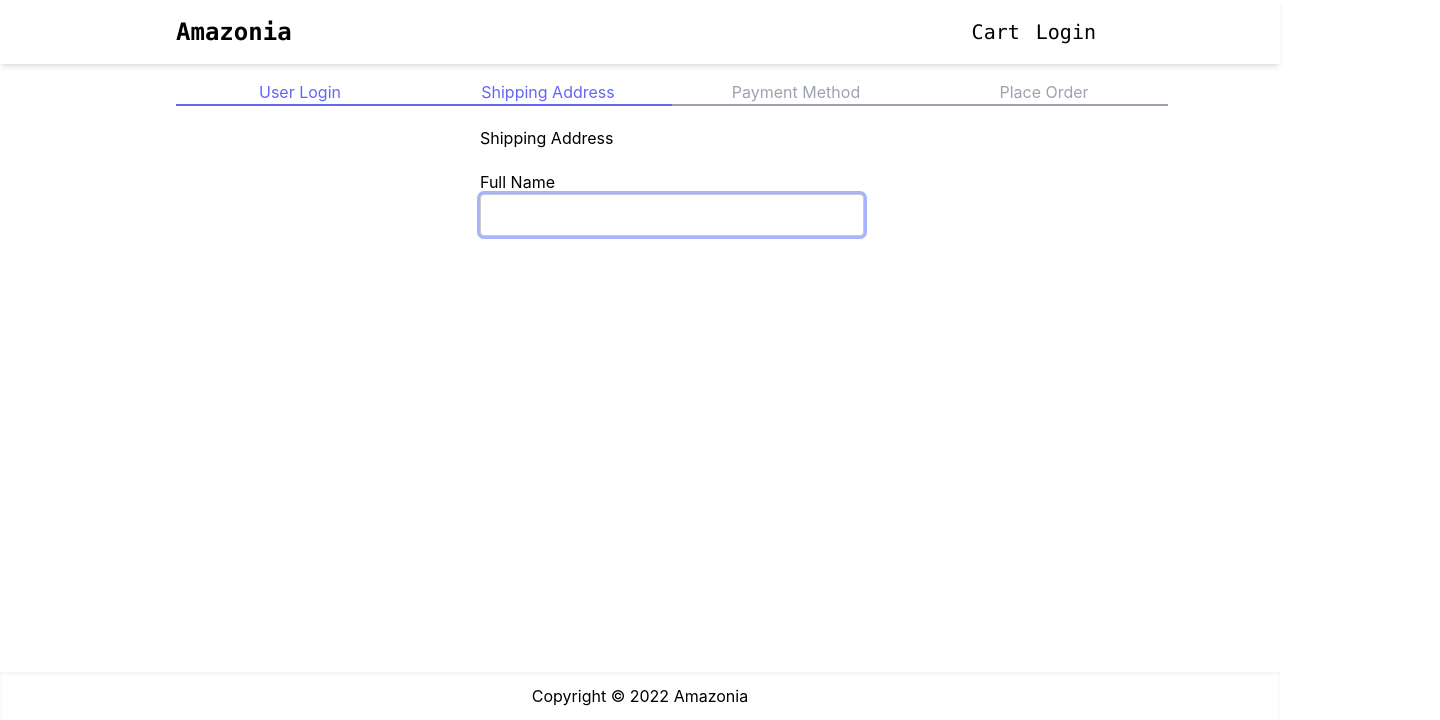
Repository: chidieb11/shop
Page: /shipping
The author's editor kept a copy of each file at every save. The page is drawn from the files as they stood at one save, then again after the next save.
The browser window is 1280 px wide. The page is 1440 px wide, so the pictures cover 1440 px, including what lies to the right of the window. The pictures show the whole page.
The page's requests for data from a server got no answer. The project was rebuilt for these pictures with package versions that can differ from the ones it lists, and the page was loaded fresh each time. The framework's server and built-in components were replaced by stand-ins that run in the browser. No one was signed in, and anything a server would have sent is missing. Also part of the build but not shown: next.config.js, components/DropdownLink.js.

Above is the page before, as saved 2022-06-28 22:09:13.

### pages/_app.js
import "../styles/globals.css";
import { StoreProvider } from "../utils/Store";
import { SessionProvider } from "next-auth/react";

function MyApp({ Component, pageProps:{session, ...pageProps }}) {
  return (
    <SessionProvider session={session}>
      <StoreProvider>
        <Component {...pageProps} />
      </StoreProvider>
    </SessionProvider>
  );
}

export default MyApp;

### pages/shipping.js
import React from "react";
import { useForm } from "react-hook-form";
import CheckoutWizard from "../components/CheckoutWizard";
import Layout from "../components/Layout";

const ShippingScreen = () => {
  const {
    handleSubmit,
    register,
    formState: { errors },
    setValue,
  } = useForm();

  return (
    <Layout title="Shipping Address">
      <CheckoutWizard activeStep={1} />

      <form className="mx-auto max-w-screen-sm">
        <h1 className="capitalize mb-5">shipping address</h1>
        <div className="mb-4 flex flex-col">
          <label htmlFor="fullName">Full Name</label>
          <input
            type="text"
            className="w-96"
            id="fullName"
            autoFocus
            {...register("fullName", {
              required: "Please Enter Your Full Name",
            })}
            style={{ border: "1px solid #ccc", outline: "none" }}
          />
          {errors.fullName && (
            <div className="text-red-500">{errors.fullName.message}</div>
          )}
        </div>
      </form>
    </Layout>
  );
};

export default ShippingScreen;

### styles/globals.css
@tailwind base;
@tailwind components;
@tailwind utilities;

html,
body {
  padding: 0;
  margin: 0;
  font-family: -apple-system, BlinkMacSystemFont, Segoe UI, Roboto, Oxygen,
    Ubuntu, Cantarell, Fira Sans, Droid Sans, Helvetica Neue, sans-serif;
}

a {
  color: inherit;
  text-decoration: none;
}

* {
  box-sizing: border-box;
}

.card {
  @apply mb-5 block rounded-lg border border-gray-200 shadow-md;
}

.primary-button {
  @apply rounded bg-amber-200 py-2 px-4 shadow outline-none hover:bg-amber-400 active:bg-amber-500;
}

input,
select,
textarea {
  @apply rounded border-none p-2 outline-none ring-indigo-300 focus:ring;
}

.dropdown-link {
  @apply flex p-2 hover:bg-gray-200;
}

### utils/Store.js
import Cookies from "js-cookie";
import { createContext, useReducer } from "react";

export const Store = createContext();

const initialState = {
  cart: Cookies.get("cart")
    ? JSON.parse(Cookies.get("cart"))
    : { cartItems: [] },
};

function reducer(state, action) {
  switch (action.type) {
    case "CART_ADD_ITEM": {
      const newItem = action.payload;
      const existingItem = state.cart.cartItems.find(
        (item) => item.slug === newItem.slug
      );
      const cartItems = existingItem
        ? state.cart.cartItems.map((item) =>
            item.name === existingItem.name ? newItem : item
          )
        : [...state.cart.cartItems, newItem];
      Cookies.set("cart", JSON.stringify({ ...state.cart, cartItems }));
      return { ...state, cart: { ...state.cart, cartItems } };
    }
    case "CART_REMOVE_ITEM": {
      const cartItems = state.cart.cartItems.filter(
        (item) => item.slug !== action.payload.slug
      );
      Cookies.set("cart", JSON.stringify({ ...state.cart, cartItems }));
      return { ...state, cart: { ...state.cart, cartItems } };
    }
    case "CLEAR_RESET":
      return {
        ...state,
        cart: {
          cartItems: [],
          shippingAddress: { location: [] },
          paymentMethod: "",
        },
      };
    default:
      return state;
  }
}

export function StoreProvider({ children }) {
  const [state, dispatch] = useReducer(reducer, initialState);
  const value = { state, dispatch };
  return <Store.Provider value={value}>{children}</Store.Provider>;
}

### components/CheckoutWizard.js
import React from "react";

const CheckoutWizard = ({ activeStep = 0 }) => {
  return (
    <div className="mb-5 flex flex-wrap md:mr-64">
      {["User Login", "Shipping Address", "Payment Method", "Place Order"].map(
        (step, index) => (
          <div
            key={step}
            className={`flex-1 border-b-2 text-center ${
              index <= activeStep
                ? "border-indigo-500 text-indigo-500"
                : "border-gray-400 text-gray-400"
            }`}
          >
            {step}
          </div>
        )
      )}
    </div>
  );
};

export default CheckoutWizard;

### components/Layout.js
import Head from "next/head";
import Link from "next/link";
import React, { useContext, useEffect, useState } from "react";
import { Store } from "../utils/Store";
import { signOut, useSession } from "next-auth/react";
import { ToastContainer } from "react-toastify";
import "react-toastify/dist/ReactToastify.css";
import { Menu } from "@headlessui/react";
import DropdownLink from "./DropdownLink";
import Cookies from "js-cookie";

const Layout = ({ title, children }) => {
  const { state, dispatch } = useContext(Store);
  const { cart } = state;
  const [cartItemCount, setCartItemCount] = useState(0);
  const { status, data: session } = useSession();

  useEffect(() => {
    setCartItemCount(
      cart.cartItems.reduce(
        (accumulator, currentQuantity) =>
          accumulator + currentQuantity.quantity,
        0
      )
    );
  }, [cart.cartItems]);

  const logoutClickHandler = () => {
    Cookies.remove("cart");
    dispatch({ type: "CLEAR_RESET" });
    signOut({ callbackUrl: "/login" });
  };

  return (
    <>
      <Head>
        <title>{title ? title + "-Amazonia" : "Amazonia"}</title>
        <meta name="description" content="Ecommerce Website" />
        <link rel="icon" href="/favicon.ico" />
      </Head>

      <ToastContainer position="bottom-center" limit={1} />

      <div className="flex min-h-screen flex-col justify-between">
        {/* Navbar */}
        <header className="top-0 sticky shadow-md">
          <nav className="flex justify-between items-center px-4 md:mx-40 h-16">
            <Link href="/">
              <a className="text-2xl font-bold font-mono capitalize">
                amazonia
              </a>
            </Link>
            <div>
              <Link href="cart">
                <a className="p-2 capitalize text-xl font-mono">
                  cart
                  {cartItemCount > 0 && (
                    <span className="ml-1 rounded-full bg-red-600 text-white px-2 pt-1 text-center font-bold text-xs">
                      {cartItemCount}
                    </span>
                  )}
                </a>
              </Link>

              {status === "loading" ? (
                "loading"
              ) : session?.user ? (
                <Menu as="div" className="relative inline-block">
                  <Menu.Button>{session.user.name}</Menu.Button>
                  <Menu.Items className="absolute right-0 w-56 origin-top-right bg-white shadow-lg rounded-md">
                    <Menu.Item>
                      <DropdownLink className="dropdown-link" href="/profile">
                        Profile
                      </DropdownLink>
                    </Menu.Item>
                    <Menu.Item>
                      <DropdownLink
                        className="dropdown-link"
                        href="/order-history"
                      >
                        Order History
                      </DropdownLink>
                    </Menu.Item>
                    <Menu.Item>
                      <a
                        className="dropdown-link"
                        href="#"
                        onClick={logoutClickHandler}
                      >
                        Logout
                      </a>
                    </Menu.Item>
                  </Menu.Items>
                </Menu>
              ) : (
                <Link href="/login">
                  <a className="text-xl font-mono p-2">Login</a>
                </Link>
              )}
            </div>
          </nav>
        </header>

        {/* Main */}
        <main className="container m-auto mx-40 mt-4 px-4">{children}</main>

        {/* Footer */}
        <footer className="flex justify-center items-center shadow-inner h-12">
          <p>Copyright &copy; 2022 Amazonia</p>
        </footer>
      </div>
    </>
  );
};

export default Layout;

Loaded but not shown: tailwind.config.js (common file)

After the next save:
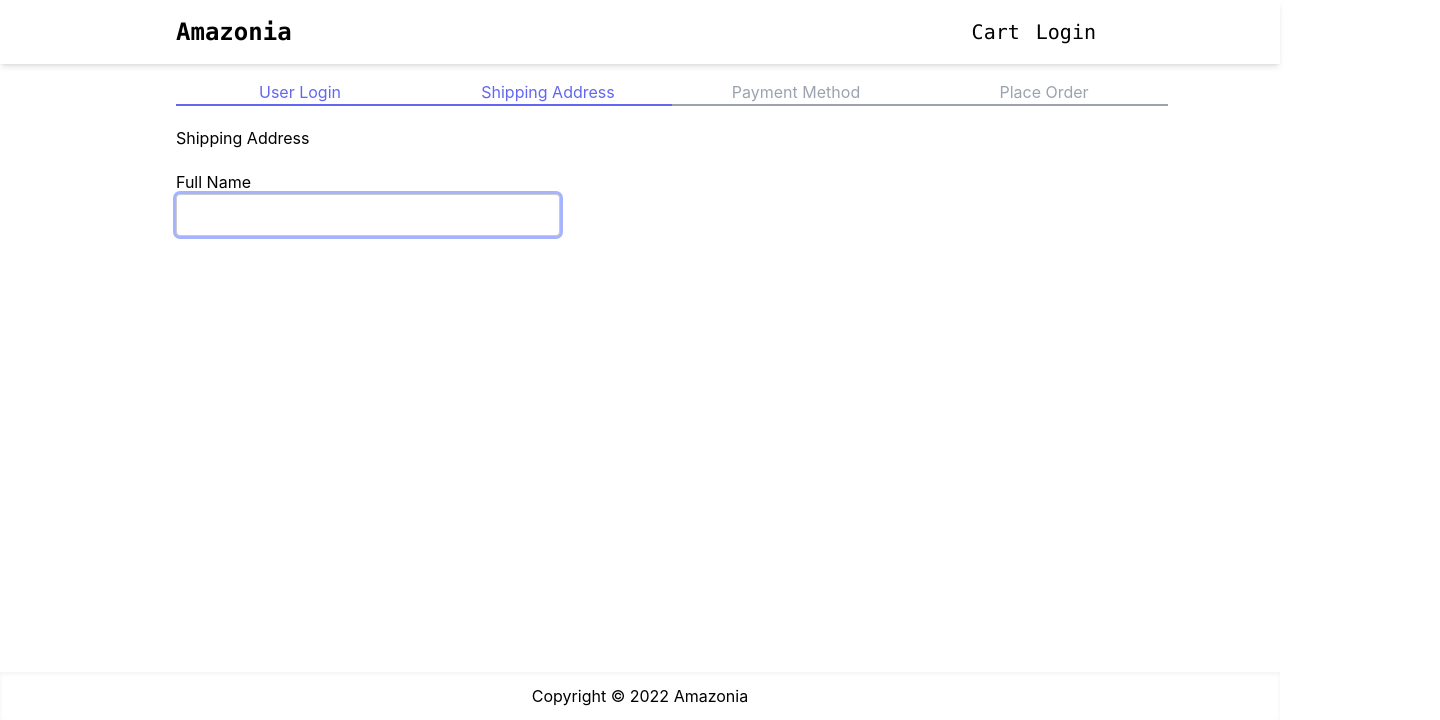
Saved 17 s later.
--- a/pages/shipping.js
+++ b/pages/shipping.js
@@ -15,7 +15,7 @@
     <Layout title="Shipping Address">
       <CheckoutWizard activeStep={1} />
 
-      <form className="mx-auto max-w-screen-sm">
+      <form className="max-w-screen-sm">
         <h1 className="capitalize mb-5">shipping address</h1>
         <div className="mb-4 flex flex-col">
           <label htmlFor="fullName">Full Name</label>

After the save that followed:
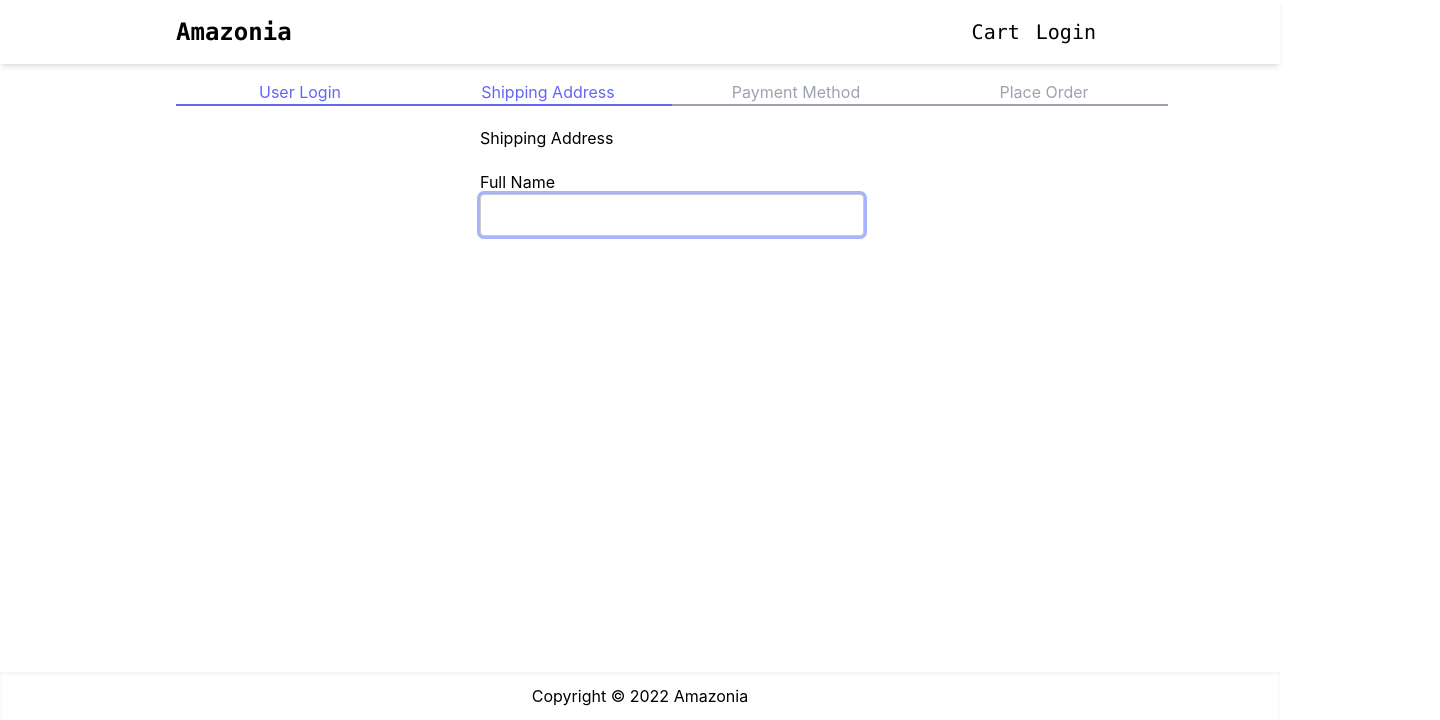
Saved 7 s later.
--- a/pages/shipping.js
+++ b/pages/shipping.js
@@ -15,7 +15,7 @@
     <Layout title="Shipping Address">
       <CheckoutWizard activeStep={1} />
 
-      <form className="max-w-screen-sm">
+      <form className="mx-auto max-w-screen-sm">
         <h1 className="capitalize mb-5">shipping address</h1>
         <div className="mb-4 flex flex-col">
           <label htmlFor="fullName">Full Name</label>
